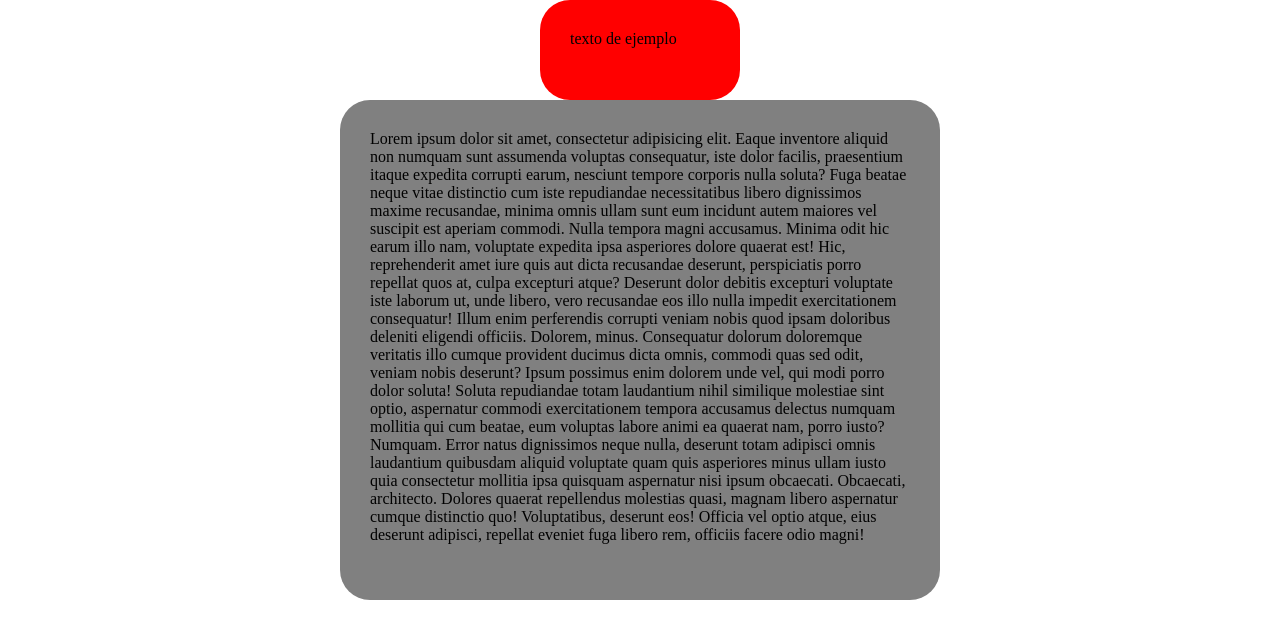
Repository: Daniel009980/daniel0099980
Page: desafio/index.html
An editor plug-in stored every save of this project. The page is shown before and after the next save, followed by the edit.
The browser window is 1280 px wide. The pictures show the whole page.

Above is the page before, as saved 2022-09-19 01:31:31.

### desafio/index.html
<!DOCTYPE html>
<html lang="en">
<head>
    <meta charset="UTF-8">
    <meta http-equiv="X-UA-Compatible" content="IE=edge">
    <meta name="viewport" content="width=device-width, initial-scale=1.0">
    <title>Desafio</title>
    <link rel="stylesheet" href="./style.css">
</head>
<body>

    <main>
        <div><p>texto de ejemplo</p></div>
        <section><p>Lorem ipsum dolor sit amet, consectetur adipisicing elit. Eaque inventore aliquid non numquam sunt assumenda voluptas consequatur, iste dolor facilis, praesentium itaque expedita corrupti earum, nesciunt tempore corporis nulla soluta?
        Fuga beatae neque vitae distinctio cum iste repudiandae necessitatibus libero dignissimos maxime recusandae, minima omnis ullam sunt eum incidunt autem maiores vel suscipit est aperiam commodi. Nulla tempora magni accusamus.
        Minima odit hic earum illo nam, voluptate expedita ipsa asperiores dolore quaerat est! Hic, reprehenderit amet iure quis aut dicta recusandae deserunt, perspiciatis porro repellat quos at, culpa excepturi atque?
        Deserunt dolor debitis excepturi voluptate iste laborum ut, unde libero, vero recusandae eos illo nulla impedit exercitationem consequatur! Illum enim perferendis corrupti veniam nobis quod ipsam doloribus deleniti eligendi officiis.
        Dolorem, minus. Consequatur dolorum doloremque veritatis illo cumque provident ducimus dicta omnis, commodi quas sed odit, veniam nobis deserunt? Ipsum possimus enim dolorem unde vel, qui modi porro dolor soluta!
        Soluta repudiandae totam laudantium nihil similique molestiae sint optio, aspernatur commodi exercitationem tempora accusamus delectus numquam mollitia qui cum beatae, eum voluptas labore animi ea quaerat nam, porro iusto? Numquam.
        Error natus dignissimos neque nulla, deserunt totam adipisci omnis laudantium quibusdam aliquid voluptate quam quis asperiores minus ullam iusto quia consectetur mollitia ipsa quisquam aspernatur nisi ipsum obcaecati. Obcaecati, architecto.
        Dolores quaerat repellendus molestias quasi, magnam libero aspernatur cumque distinctio quo! Voluptatibus, deserunt eos! Officia vel optio atque, eius deserunt adipisci, repellat eveniet fuga libero rem, officiis facere odio magni!</p></section>
    </main>
</body>
</html>

### desafio/style.css
*{
    box-sizing: border-box;
    margin: 0;
    padding: 0;
}


div{
    border-radius: 30px;
    padding: 30px;
    background-color: red;
    width: 200px;
    height: 100px;
    margin: 0 auto;
}

section{
    padding: 30px;
    border-radius: 30px;
    width: 80%;
    min-width: 420px;
    max-width: 600px;               /* esto es para delimitar el tamaño del ancho de la seccionq ue estamos mandando a llamar */
    min-height: 500px;                  /* aqui le estamo diciendoa la seccion que su tamaño minimo sera de 500 pixeles pero si tiene mas contenido no deja de crecer hasta que el contenido termine de crecer y asi evitamos el overflow de contenido */
    margin: 0 auto;                         /* aqui significa que le agregue 0 de arriba y abajo pero que de los lados lo ajuste automaticamente por eso queda cemtrado */
    background-color: grey;
}

After the next save:
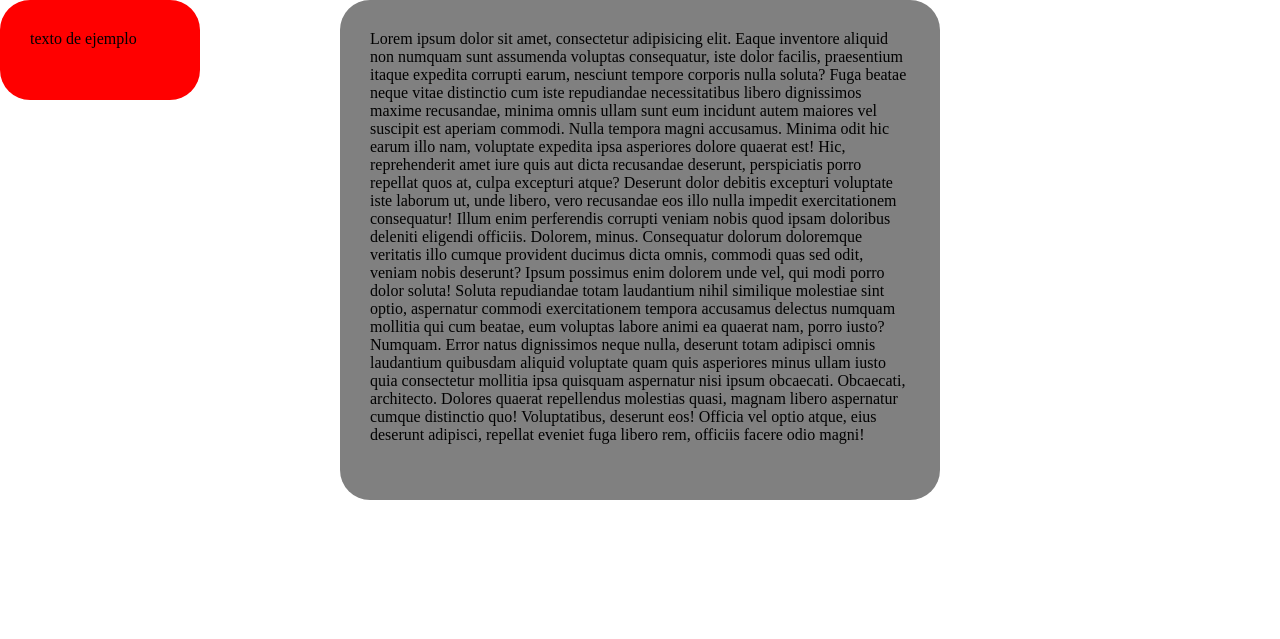
Saved 3 min 47 s later.
--- a/desafio/index.html
+++ b/desafio/index.html
@@ -10,7 +10,7 @@
 <body>
 
     <main>
-        <div><p>texto de ejemplo</p></div>
+        <div style="position: absolute;"><p>texto de ejemplo</p></div>
         <section><p>Lorem ipsum dolor sit amet, consectetur adipisicing elit. Eaque inventore aliquid non numquam sunt assumenda voluptas consequatur, iste dolor facilis, praesentium itaque expedita corrupti earum, nesciunt tempore corporis nulla soluta?
         Fuga beatae neque vitae distinctio cum iste repudiandae necessitatibus libero dignissimos maxime recusandae, minima omnis ullam sunt eum incidunt autem maiores vel suscipit est aperiam commodi. Nulla tempora magni accusamus.
         Minima odit hic earum illo nam, voluptate expedita ipsa asperiores dolore quaerat est! Hic, reprehenderit amet iure quis aut dicta recusandae deserunt, perspiciatis porro repellat quos at, culpa excepturi atque?
